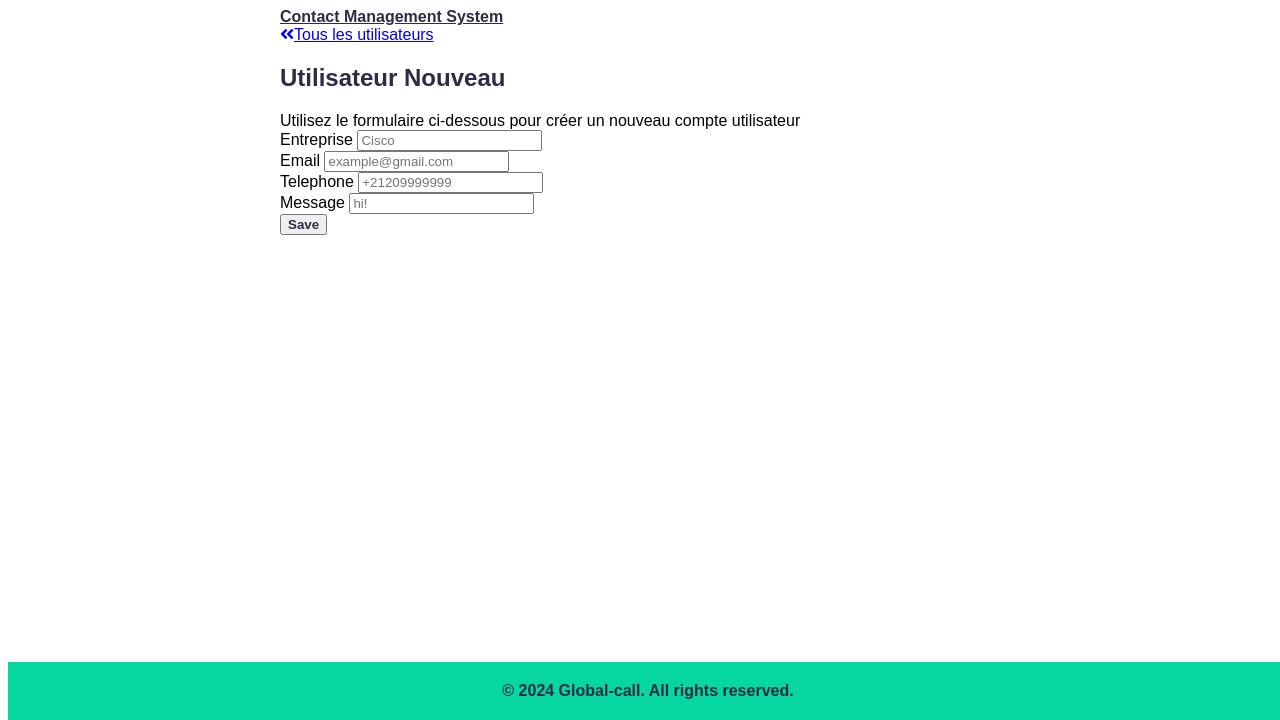
Repository: mohamed-makrani/Global_Development_Service_DBMS
Page: views/add_user.ejs
An editor plug-in stored every save of this project. The page is shown before and after the next save, followed by the edit.
The browser window is 1280 px wide. The pictures show the whole page.
Some web fonts or font styles are not loaded; a fallback is used. The page is served by the project's Node server (DBMS/server.js). The template is opened directly, without the code that normally fills it, so the values that code supplies are empty.

Above is the page before, as saved 2024-04-21 16:06:39.

### views/add_user.ejs
<!-- include header -->
<%- include('include/_header') %>
<!-- include header -->

<!-- Main Site -->
<main id="site-main">
  <div class="container">
    <div class="box-nav d-flex justify-between">
      <div class="filter">
        <a href="/"
          ><i class="fas fa-angle-double-left"></i>Tous les utilisateurs</a
        >
      </div>
    </div>

    <div class="form-title text-center">
      <h2 class="text-dark">Utilisateur Nouveau</h2>
      <span class="text-light"
        >Utilisez le formulaire ci-dessous pour créer un nouveau compte
        utilisateur</span
      >
    </div>
    <%- include('include/_form') %>
  </div>
</main>
<!-- /Main Site -->

<!-- include footer -->
<%- include('include/_footer') %>
<!-- /include footer -->

### views/include/_header.ejs
<!DOCTYPE html>
<html lang="en">
  <head>
    <meta charset="UTF-8" />
    <meta name="viewport" content="width=device-width, initial-scale=1.0" />
    <title>Management System</title>

    <link
      rel="stylesheet"
      href="https://cdnjs.cloudflare.com/ajax/libs/font-awesome/5.15.1/css/all.min.css"
      integrity="sha512-+4zCK9k+qNFUR5X+cKL9EIR+ZOhtIloNl9GIKS57V1MyNsYpYcUrUeQc9vNfzsWfV28IaLL3i96P9sdNyeRssA=="
      crossorigin="anonymous"
    />
    <link rel="stylesheet" href="css/style.css" />
  </head>
  <body>
    <!-- Header -->
    <header id="header">
      <nav>
        <div class="container">
          <div class="text-center">
            <a href="/" class="nav-brand text-dark">
              Contact Management System
            </a>
          </div>
        </div>
      </nav>
    </header>
    <!-- /Header -->
  </body>
</html>

### views/include/_form.ejs
<!-- form handling -->
<form action="/api/users" method="POST" id="add_user">
  <div class="new_user">
    <div class="form-group">
      <label for="entreprise" class="text-light">Entreprise</label>
      <input type="hidden" name="id" value="" />
      <input type="text" name="entreprise" value="" placeholder="Cisco" />
    </div>
    <div class="form-group">
      <label for="Email" class="text-light">Email</label>
      <input
        type="text"
        name="email"
        value=""
        placeholder="example@gmail.com"
      />
    </div>

    <div class="form-group">
      <label for="telephone" class="text-light">Telephone</label>
      <input type="text" name="telephone" value="" placeholder="+21209999999" />
    </div>

    <div class="form-group">
      <label for="message" class="text-light">Message</label>
      <input type="text" name="message" value="" placeholder="hi!" />
    </div>

    <div class="form-group">
      <button type="submit" class="btn text-dark update">Save</button>
    </div>
  </div>
</form>

### views/include/_footer.ejs
<!DOCTYPE html>
<html lang="en">
  <head>
    <meta charset="UTF-8" />
    <meta name="viewport" content="width=device-width, initial-scale=1.0" />
    <style>
      /* Existing CSS styles */
      /* Include your CSS files or styles here */
      body {
        text-decoration: none;
        font-family: "PT Sans", sans-serif;
      }

      /* New CSS rules */
      .text-dark {
        color: var(--dark);
        font-weight: bold; /* Added bold font weight */
      }

      /* CSS styles for the footer */
      footer {
        background-color: #06d6a0;
        color: #fff;
        padding: 20px 0;
        text-align: center;
        position: fixed;
        bottom: 0;
        width: 100%;
      }

      .container {
        max-width: 720px;
        margin: auto;
      }

      .container p {
        margin: 0;
        font-size: 1em;
      }
    </style>
  </head>
  <body>
    <!-- Your existing content goes here -->
    <script
      src="https://cdnjs.cloudflare.com/ajax/libs/jquery/3.5.1/jquery.min.js"
      integrity="sha512-bLT0Qm9VnAYZDflyKcBaQ2gg0hSYNQrJ8RilYldYQ1FxQYoCLtUjuuRuZo+fjqhx/qtq/1itJ0C2ejDxltZVFg=="
      crossorigin="anonymous"
    ></script>
    <script src="/js/index.js"></script>

    <!-- Footer -->
    <footer>
      <div class="container">
        <p class="text-dark">© 2024 Global-call. All rights reserved.</p>
      </div>
    </footer>
  </body>
</html>

### DBMS/server.js
const express = require('express');
const dotenv = require('dotenv');
const morgan = require('morgan');
const bodyparser = require("body-parser");
const path = require('path');

const app = express();

dotenv.config( { path : 'config.env'} )

const PORT = process.env.PORT || 8080

// log requests
app.use(morgan('tiny'));

// parse request to body-parser
app.use(bodyparser.urlencoded({ extended : true}))

// set view engine
app.set("view engine", "ejs")
//app.set("views", path.resolve(__dirname, "views/ejs"))

// load assets
app.use('/css', express.static(path.resolve(__dirname, "assets/css")))
app.use('/img', express.static(path.resolve(__dirname, "assets/img")))
app.use('/js', express.static(path.resolve(__dirname, "assets/js")))


app.get('/', (req, res) => {
  res.send("it's me, the app");
});

app.listen(PORT, () => {
    console.log(`server is running on port ${PORT}`);
  });

### DBMS/assets/css/style.css
@import url('https://fonts.googleapis.com/css2?family=Barlow&family=PT+Sans&display=swap');

:root{
    --dark: #2b2d42;
    --light: #adb5bd;
    --border: #dee2e6;
    --border-btn: #edf2f4;
}

Loaded but not shown: DBMS/assets/js/index.js (no copy from this time; the picture is the same without it)

After the next save:
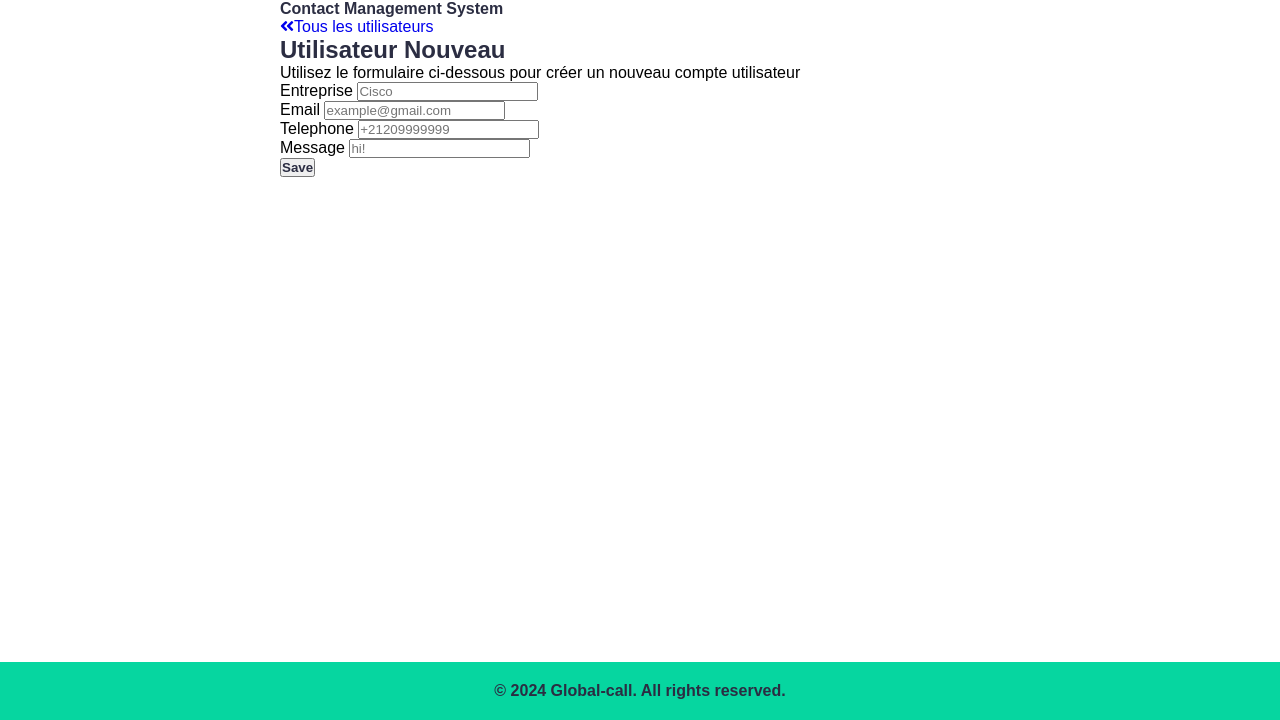
Saved 50 s later.
--- a/DBMS/assets/css/style.css
+++ b/DBMS/assets/css/style.css
@@ -6,3 +6,19 @@
     --border: #dee2e6;
     --border-btn: #edf2f4;
 }
+
+* {
+    padding: 0;
+    margin: 0;
+    box-sizing: border-box;
+}
+
+a {
+    text-decoration: none;
+    font-family: 'PT Sans', sans-serif;
+}
+
+.container{
+    max-width: 1024px;
+    margin: auto;
+}
